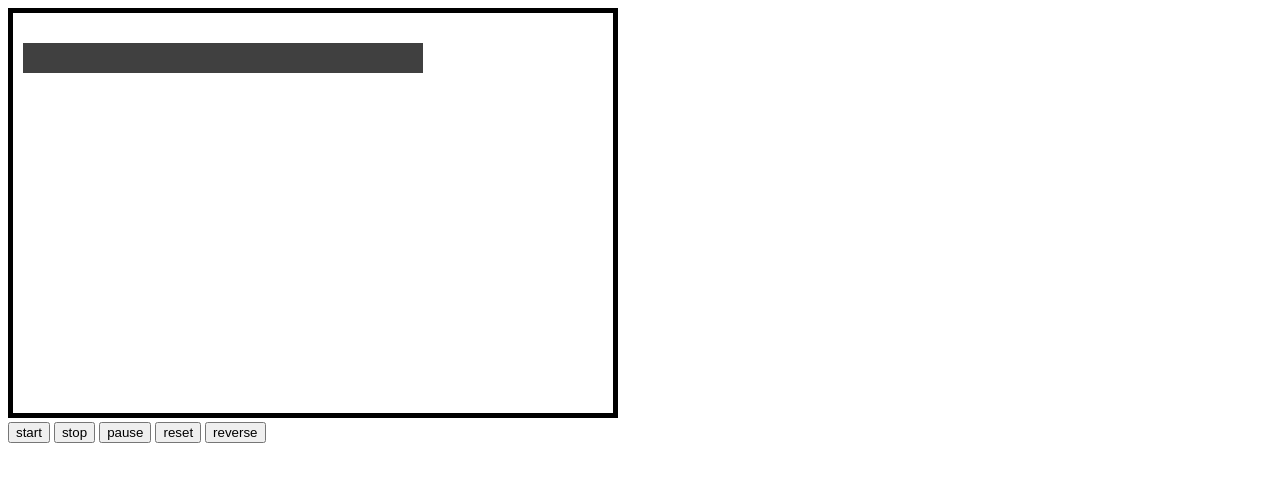
Repository: WebRTCGame/game-timer
Page: rangedvalue.html
The author's editor kept a record of every edit. The page is drawn from the files as they stood at one moment, then again after the next edit.
The browser window is 1280 px wide. The pictures show the whole page.

Above is the page before.
Console error: TypeError: val.getPercColor is not a function

After the next edit:
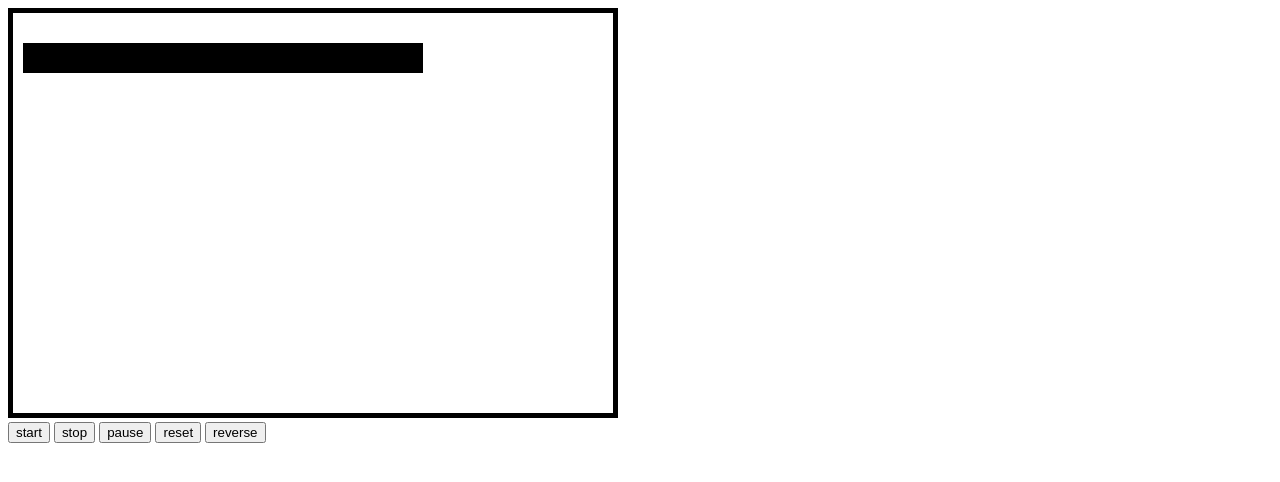
The edit:
--- a/rangedvalue.html
+++ b/rangedvalue.html
@@ -146,7 +146,7 @@
                 toClear = !toClear;
 
                 ctx.save();
-                ctx.fillStyle = 'rgba(0,0,0,.75)';
+
 
                 ctx.save();
                 ctx.fillRect(10, 30, 400, 30);
